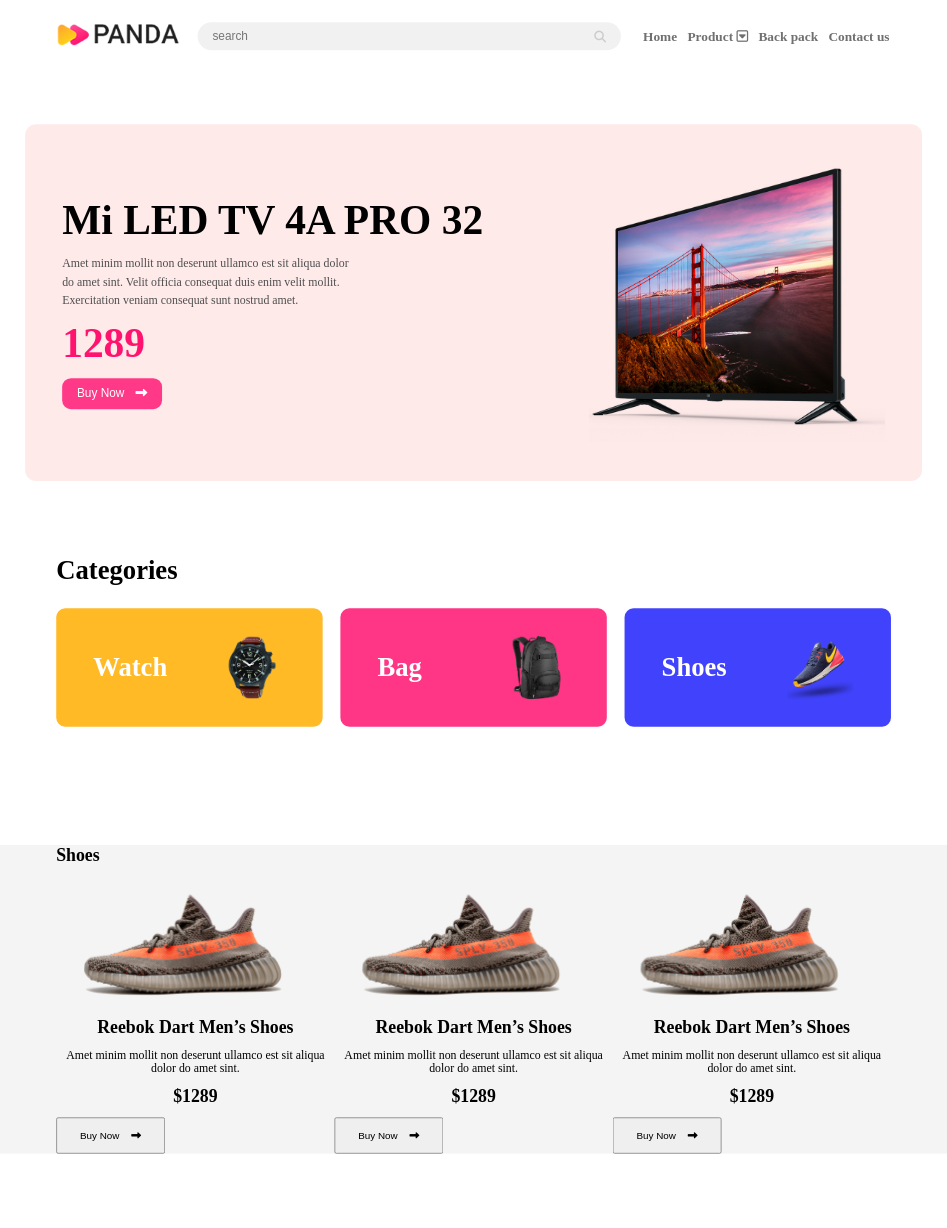
Repository: nahid-hasann/website-4
Page: index.html
An editor plug-in stored every save of this project. The page is shown before and after a run of saves, followed by the edit.
The browser window is 1280 px wide. The pictures show the whole page, at 74% of full size.

Above is the page before, as saved 2025-07-13 22:54:25.

### index.html
<!DOCTYPE html>
<html lang="en">
<head>
    <meta charset="UTF-8">
    <meta name="viewport" content="width=device-width, initial-scale=10">
    <title>PanDa</title>
    <link rel="preconnect" href="https://fonts.googleapis.com">
<link rel="preconnect" href="https://fonts.gstatic.com" crossorigin>
<link href="https://fonts.googleapis.com/css2?family=Inter:ital,opsz,wght@0,14..32,100..900;1,14..32,100..900&family=Open+Sans:ital,wght@0,300..800;1,300..800&family=Poppins:ital,wght@0,100;0,200;0,300;0,400;0,500;0,600;0,700;0,800;0,900;1,100;1,200;1,300;1,400;1,500;1,600;1,700;1,800;1,900&family=Raleway:ital,wght@0,100..900;1,100..900&display=swap" rel="stylesheet">
    <link rel="stylesheet" href="style.css">
   <link rel="stylesheet" href="https://cdnjs.cloudflare.com/ajax/libs/font-awesome/6.7.2/css/all.min.css" integrity="sha512-Evv84Mr4kqVGRNSgIGL/F/aIDqQb7xQ2vcrdIwxfjThSH8CSR7PBEakCr51Ck+w+/U6swU2Im1vVX0SVk9ABhg==" crossorigin="anonymous" referrerpolicy="no-referrer" />
</head>
<body>

<header class="main-header">

<div class="header-img">
     <img src="assets/images/logo.png" alt="">
</div>

<div class="search-bar">
     <input type="text" name="" placeholder="search" id="">
     <i class="fa-solid fa-magnifying-glass"></i>
</div>

<nav class="navv">
    <div class="menu-bar">

<ul>
    <li>Home</li>
    <li>
        Product
        <i class="fa-regular fa-square-caret-down"></i>

        <ul>
            <li>Product 1</li>
            <li>Product 2</li>
            <li>Product 3</li>
            <li>Product 4</li>
            <li>Product 5</li>

        </ul>
    </li>
    <li>Back pack</li>
    <li>Contact us</li>
</ul>

</div>

</nav>


</header>


<main>

<section class="herosection-with-categroy">

 <div class="hero-section">

        <div class="hero-content">
            <h1>Mi LED TV 4A PRO 32</h1>
            <p>Amet minim mollit non deserunt ullamco est sit aliqua dolor <br> do amet sint. Velit officia consequat duis enim velit mollit. <br> Exercitation veniam consequat sunt nostrud amet.</p>
            <h1 class="songkha">1289</h1>
            <button class="btn">Buy Now<i class="fa-solid fa-right-long"></i></button>
        </div>

        <div class="hero-img">
            <img src="assets/images/banner-images/tv.png" alt="">
        </div>

    </div>


    <div class="hero-section-under">

        <h1>Categories</h1>

        <div class="hero-section-under-btn">

            <div class="category watch">
               <h1>Watch</h1>
               <img src="assets/images/categories/watch.png" alt="">
            </div>
            <div class="category bag">
               <h1>Bag</h1>
               <img src="assets/images/categories/bag.png" alt="">
            </div>
            <div class="category shoes">
               <h1>Shoes</h1>
               <img src="assets/images/categories/shoes.png" alt="">
            </div>


        </div>

    </div>

</section>



<section class="shobag-collection">
    <div class="shoes-collection">
        <h1>Shoes</h1>
       <div class="main-collection">
         <div class="shoes-collection1">
            <img src="assets/images/shoes/shoe-1.png" alt="">
            <h4>Reebok Dart Men’s Shoes</h4>
            <p>Amet minim mollit non deserunt ullamco est sit aliqua dolor do amet sint. </p>
            <h1>$1289</h1>
            <button class="btn1">Buy Now <i class="fa-solid fa-right-long"></i> </button>
        </div>
        <div class="shoes-collection1">
            <img src="assets/images/shoes/shoe-1.png" alt="">
            <h4>Reebok Dart Men’s Shoes</h4>
            <p>Amet minim mollit non deserunt ullamco est sit aliqua dolor do amet sint. </p>
            <h1>$1289</h1>
            <button class="btn1">Buy Now <i class="fa-solid fa-right-long"></i> </button>
        </div>
        <div class="shoes-collection1">
            <img src="assets/images/shoes/shoe-1.png" alt="">
            <h4>Reebok Dart Men’s Shoes</h4>
            <p>Amet minim mollit non deserunt ullamco est sit aliqua dolor do amet sint. </p>
            <h1>$1289</h1>
            <button class="btn1">Buy Now <i class="fa-solid fa-right-long"></i> </button>
        </div>
       </div>
    </div>
</section>


</main>




</body>
</html>

### style.css
*{
    margin: 0;
    padding: 0;
    box-sizing: border-box;
}

.main-header{
    display: flex;
    width: 1124px;
    margin: 30px auto;
    align-items: center;
    justify-content: space-between;
    gap: 30px;

}

.header-img{
    width: 159px;
}

.search-bar {
    background-color: #f1f1f1;
    border-radius: 30px;
    width: 300px;
    display: flex;
    flex: 1;
    padding: 10px 20px;
    display: flex;
    align-items: center;
}

.search-bar input{
    border: none;
    font-size: 16px;
    /* rgba(204, 204, 204, 1) */
    color: rgba(204, 204, 204, 1);
    flex: 1;
    background-color: transparent;
    outline: none;

}


.search-bar i{
    font-size: 16px;
    color: rgba(204, 204, 204, 1);
}

.navv{
    display: flex;
}

.menu-bar ul{
    display: flex;
    gap: 14px;
}

.menu-bar ul li{
    list-style: none;
    font-size: 18px;
    position: relative;
    cursor: pointer;
    color: #707070;
    font-weight: 700;
}

.menu-bar ul li ul{
    position: absolute;
    top: 100%;
    left: 0;
    z-index: 10;
    display: none;
    min-width: 120px;
    padding: 20px 0px;
    box-shadow: 0 2px 10px rgba(0,0,0,0.1);
}

.menu-bar ul li ul li{
    /* margin: auto auto 10px auto; */
    margin-bottom: 10px;
    /* margin: auto; */
    padding: 0  15px 0 28px;
    cursor: pointer;
    font-weight: 700;
    font-size: 18px;
}

.menu-bar ul li:hover ul{
    display: block;
}

.herosection-with-categroy{
    padding-bottom: 60px ;
}

.hero-section{
    display: flex;
    justify-content: space-between;
    width: 1212px;
    margin:100px auto;
    gap: 60px;
    background-color: rgba(254, 234, 233, 1);
    border-radius: 15px;
    padding: 50px;
    align-items: center;
}



.hero-content h1{
     font-size: 56px;
     font-weight: 700;
}

.hero-section p{
    font-size: 16px;
    color: rgba(78, 78, 78, 1);
    margin: 14px 0;
    line-height: 25px;
}

.songkha{
    font-size: 40px;
    color: rgba(255, 19, 111, 1);
    margin-bottom: 15px;
}

.btn{
    color: white;
    font-size: 16px;
    background: #ff3887;
    padding: 12px 20px;
    border-radius: 12px;
    border: none;
    gap: 15px;
    display: flex;
}

.hero-img img{
    width: 400px;
    height: 378px;
}

.hero-section-under{
    width: 1128px;
    margin: auto;
}

.hero-section-under h1{
    font-size: 36px;
}

.hero-section-under-btn{
    display: flex;
    justify-content: space-between;
    align-items: center;
    margin-top: 30px;
}

.category{
    width: 360px;
    height: 160px;
    display: flex;
    justify-content: space-between;
    align-items: center;
    padding: 0 50px;
    border-radius: 12px;
}

.category h1{
    color: white;
}

.category img{
    width: 90px;
    height: 90px;
}

.watch{
    background: #ffba26;
}

.bag{
    background: #ff3585;
}

.shoes{
    background: #4043fb;
}

.shobag-collection{
    background-color: #f4f4f4;
    margin: 100px 0;
}

.main-collection{
    display: flex;
}

.shoes-collection{
    width: 1128px;
    margin: auto;
}

/* .shoes-collection1{} */

.shoes-collection1 h4{
    font-size: 24px;
    text-align: center;
}

.shoes-collection1 img{
    width: 336px;
    height: 202px;
}

.shoes-collection1 p{
    font-size: 16px;
    text-align: center;
    margin: 15px 0;
}

.shoes-collection1 h1{
    font-size: 24px;
    text-align: center;
    margin-bottom: 15px;
}

.btn1 {
    display: flex;
    align-items: center;
    justify-content: center;
    gap: 16px;
    padding: 15px 30px;
}

After the next 2 saves:
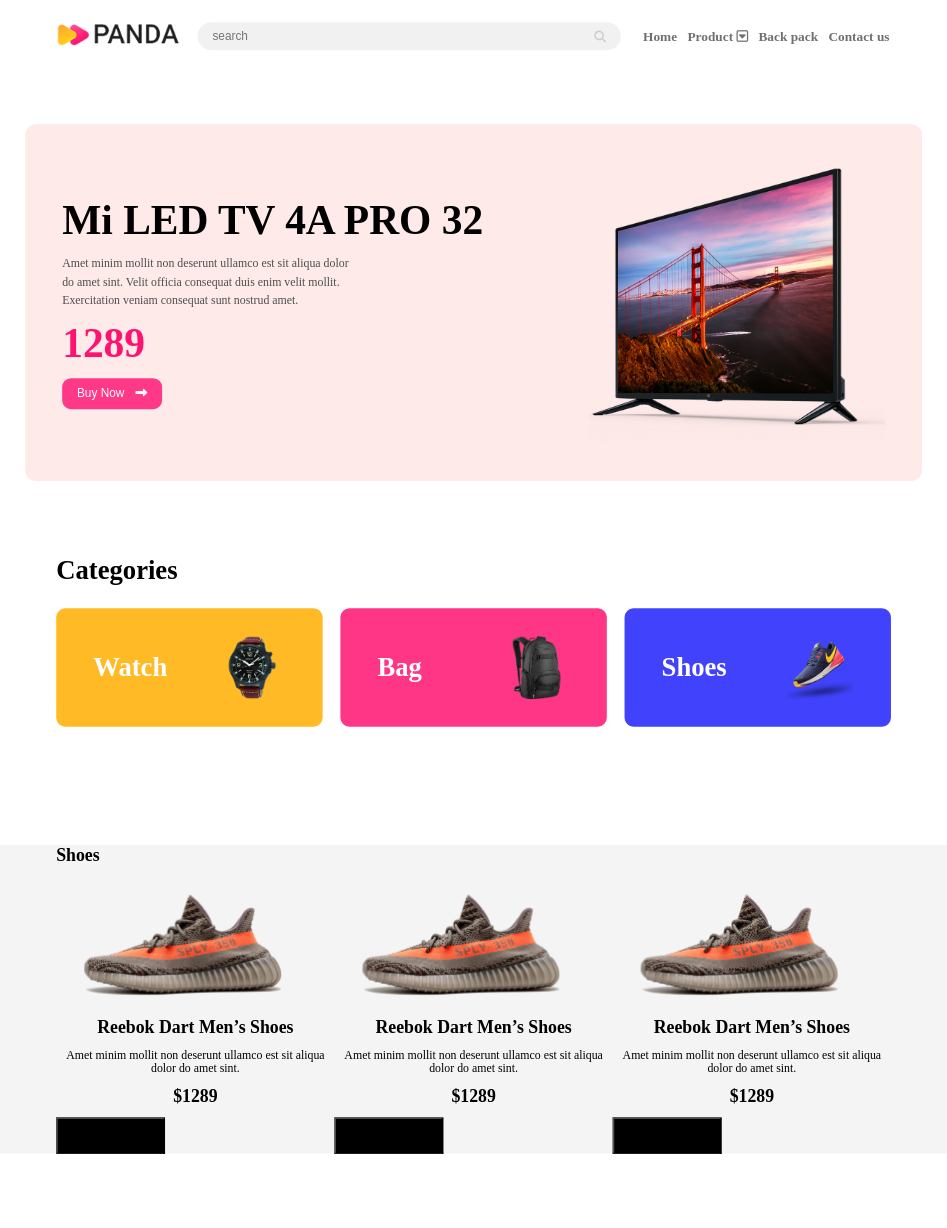
The 2 saves are shown as one change because they came seconds apart.
The last was saved 14 s later.
--- a/style.css
+++ b/style.css
@@ -232,4 +232,6 @@
     justify-content: center;
     gap: 16px;
     padding: 15px 30px;
-}
+    background-color: black;
+
+}
